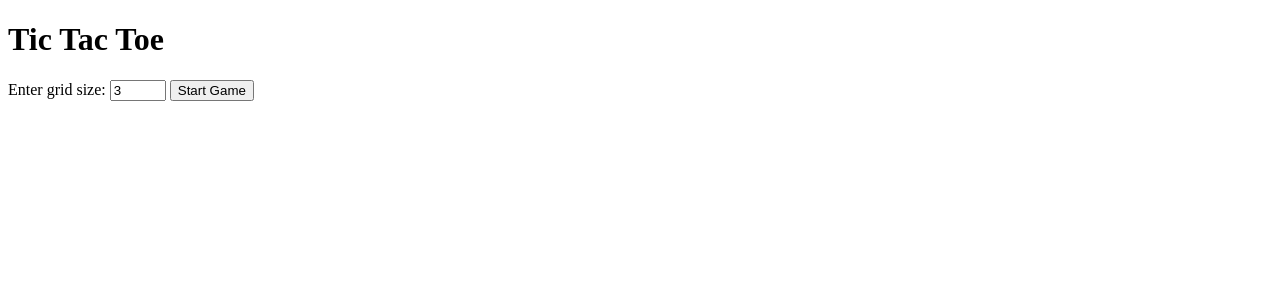
Repository: Shamraiz761/tik_tak_toe_game
Page: index.html
These files come from the project's save history. The page is drawn as it stood at one moment and after a run of saves; the edit follows.
The browser window is 1280 px wide. The pictures show the whole page.

Above is the page before, as saved 2024-01-09 00:26:23.

After the next 8 saves:
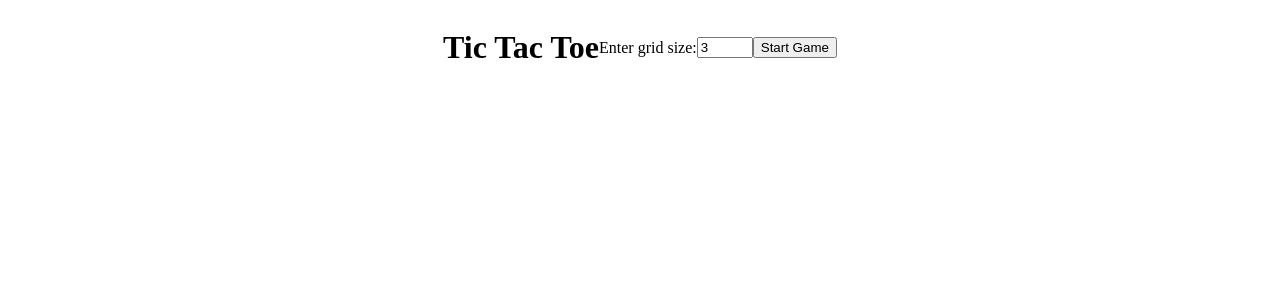
The 8 saves are shown as one change because they came seconds apart.
The last was saved 18 s later.
--- a/styles.css
+++ b/styles.css
@@ -1,5 +1,7 @@
 body{
-    fle
+    display: flex;
+    justify-content: center;
+    align-items: center;
 }
 .cell {
     width: 50px;
